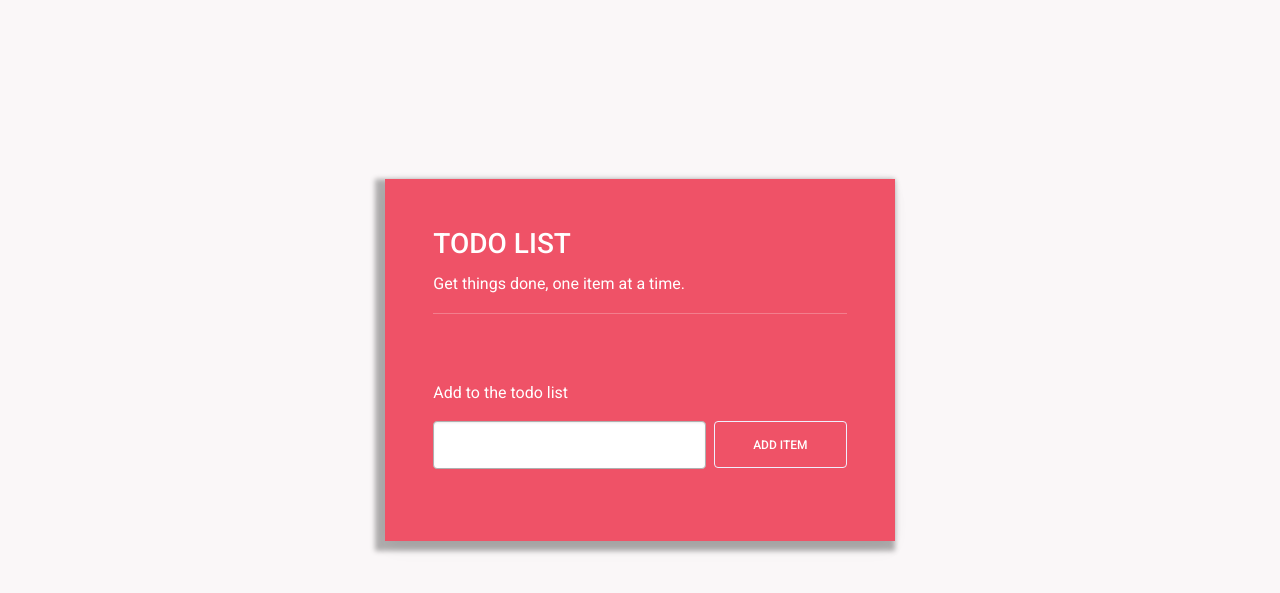
Repository: TinhTT336/MD02_HACKATHON01_HN_JV230620_BS_TranThiTinh_Basic
Page: /
The author's editor kept a copy of each file at every save. The page is drawn from the files as they stood at one save, then again after the next save.
The browser window is 1280 px wide. The pictures show the whole page.
Some web libraries are served in a nearby version. The project was rebuilt for these pictures with package versions that can differ from the ones it lists, and the page was loaded fresh each time. Also part of the build but not shown: vite.config.js, src/App.css.

Above is the page before, as saved 2023-09-05 11:52:41.

### index.html
<!DOCTYPE html>
<html lang="en">
  <head>
    <meta charset="UTF-8" />
    <link rel="icon" type="image/svg+xml" href="/vite.svg" />
    <meta name="viewport" content="width=device-width, initial-scale=1.0" />
    <title>Vite + React</title>
    <link
      href="https://cdnjs.cloudflare.com/ajax/libs/font-awesome/6.0.0/css/all.min.css"
      rel="stylesheet"
    />
    <link
      href="https://fonts.googleapis.com/css?family=Roboto:300,400,500,700&display=swap"
      rel="stylesheet"
    />
    <link
      href="https://cdnjs.cloudflare.com/ajax/libs/mdb-ui-kit/6.2.0/mdb.min.css"
      rel="stylesheet"
    />
  </head>
  <body>
    <div id="root"></div>
    <script type="module" src="/src/main.jsx"></script>
  </body>
</html>

### src/App.jsx
import { useState } from 'react'
import './App.css'
import TodoList from './TodoList/todoList'

function App() {
  const [count, setCount] = useState(0)

  return (
    <>
      <TodoList />
    </>
  )
}

export default App

### src/index.css
/* :root {
  font-family: Inter, system-ui, Avenir, Helvetica, Arial, sans-serif;
  line-height: 1.5;
  font-weight: 400;

  color-scheme: light dark;
  color: rgba(255, 255, 255, 0.87);
  background-color: #242424;

  font-synthesis: none;
  text-rendering: optimizeLegibility;
  -webkit-font-smoothing: antialiased;
  -moz-osx-font-smoothing: grayscale;
  -webkit-text-size-adjust: 100%;
}

a {
  font-weight: 500;
  color: #646cff;
  text-decoration: inherit;
}
a:hover {
  color: #535bf2;
}

body {
  margin: 0;
  display: flex;
  place-items: center;
  min-width: 320px;
  min-height: 100vh;
}

h1 {
  font-size: 3.2em;
  line-height: 1.1;
}

button {
  border-radius: 8px;
  border: 1px solid transparent;
  padding: 0.6em 1.2em;
  font-size: 1em;
  font-weight: 500;
  font-family: inherit;
  background-color: #1a1a1a;
  cursor: pointer;
  transition: border-color 0.25s;
}
button:hover {
  border-color: #646cff;
}
button:focus,
button:focus-visible {
  outline: 4px auto -webkit-focus-ring-color;
}

@media (prefers-color-scheme: light) {
  :root {
    color: #213547;
    background-color: #ffffff;
  }
  a:hover {
    color: #747bff;
  }
  button {
    background-color: #f9f9f9;
  }
} */
body {
  background-color: #faf7f8 !important;
}
.vh-100 {
  width: 50% !important;
  margin: 0 auto !important;
}
.card-body {
  background-color: #ef5267 !important;
  color: #fff !important;
  box-shadow: -5px 5px 5px 5px rgba(0, 0, 0, 0.3);
}
.form-control {
  background-color: #fff !important;
  padding: 10px !important;
  width: 100% !important;
}
.list-group-item {
  background-color: #e88c987f !important;
  color: #fff !important;
}
.fas,
.form-check-input {
  color: #fff !important;
}
.btn-info {
  background-color: #ef5267 !important;
  border: 1px solid #efeffe !important;
  width: 45% !important;
  box-shadow: none !important;
  padding: 13.6px !important;
}

### src/TodoList/todoList.jsx
import React, { useRef, useState } from 'react'

export default function TodoList() {
    const [input, setInput] = useState("");
    const [todos, setTodos] = useState(() => {
        const list = JSON.parse(localStorage.getItem("todos")) || [];
        return list;
    });
    const inputRef = useRef();
    const [idEdit, setIdEdit] = useState(null);
    // ham them submit
    const handleSubmit = (e) => {
        e.preventDefault();
        if (input !== "") {
            const newTodo = {
                id: Date.now(),
                title: input,
                status: false,
            }
            const newList = [...todos, newTodo];
            setTodos(newList);
            localStorage.setItem("todos", JSON.stringify(newList));
            setInput("");
            inputRef.current.focus();
        }
        if (idEdit) {
            const editTodo = todos.find(t => t.id === idEdit);
            const newList = todos.map(t => t.id === editTodo.id ? (t = { ...t, title: input }) : (t = { ...t }));
            setTodos(newList);
            localStorage.setItem("todos", JSON.stringify(newList));
            inputRef.current.focus();
            setIdEdit(null);
            return;
        }

    }
    // ham xoa
    const handleDelete = (id) => {
        const newList = todos.filter(t => t.id !== id);
        setTodos(newList);
        localStorage.setItem("todos", JSON.stringify(newList));
        inputRef.current.focus();
    }
    // ham sua
    const handleEdit = (id) => {
        const todoEdit = todos.find(t => t.id === id);
        setInput(todoEdit.title);
        setIdEdit(id);
        inputRef.current.focus();
    }
    // ham check
    const handleCheck = (id) => {
        const newList = todos.map(t => t.id === id ? (t = { ...t, status: !t.status }) : (t = { ...t }));
        setTodos(newList);
        localStorage.setItem("todos", JSON.stringify(newList));
        inputRef.current.focus();
    }
    return (
        <div>
            <section className="vh-100 gradient-custom">
                <div className="container py-5 h-100">
                    <div
                        className="row d-flex justify-content-center align-items-center
              h-100"
                    >
                        <div className="col col-xl-10">
                            <div className="card">
                                <div className="card-body p-5">
                                    <h3 style={{ marginBottom: 10 }}>
                                        TODO LIST
                                    </h3>
                                    <p>Get things done, one item at a time.</p>
                                    <hr></hr>
                                    {/* Tabs content */}
                                    <div className="tab-content">
                                        <div className="tab-pane fade show active">
                                            <ul className="list-group mb-0">
                                                {todos.map(t => (
                                                    <li key={t.id}
                                                        className="list-group-item d-flex
                                          align-items-center border-0 mb-2
                                          rounded justify-content-between"
                                                        style={{ backgroundColor: "#f4f6f7" }}
                                                    >
                                                        {t.status === true ? (<s>{t.title}</s>) : (<span>{t.title}</span>)}
                                                        <div>
                                                            <input
                                                                className="form-check-input me-2"
                                                                type="checkbox" checked={t.status === true} onChange={() => handleCheck(t.id)}
                                                            />
                                                            <a className="text-info" title="Sửa công việc" onClick={() => handleEdit(t.id)}>
                                                                <i
                                                                    className="fas
                                                      fa-pencil-alt
                                                      me-3"
                                                                />
                                                            </a>
                                                            <a onClick={() => handleDelete(t.id)}
                                                                className="text-danger"
                                                                title="Xóa công việc"
                                                            >
                                                                <i
                                                                    className="fas
                                                      fa-trash-alt"
                                                                />
                                                            </a>
                                                        </div>
                                                    </li>
                                                ))}
                                            </ul>
                                            <div className="tab-content">
                                                <p style={{ marginTop: 50 }}>Add to the todo list</p>
                                                <form onSubmit={handleSubmit}
                                                    className="d-flex justify-content-center
                              align-items-center mb-4"
                                                >
                                                    <div className="form-outline flex-fill">
                                                        <input type="text" id="form2" className="form-control" style={{ border: "1px solid #afafaf" }} value={input} onChange={(e) => setInput(e.target.value)} ref={inputRef} />
                                                        {/* <label className="form-label" htmlFor="form2">
                                                            ADD ITEM
                                                        </label> */}
                                                    </div>
                                                    <button
                                                        type="submit"
                                                        className="btn btn-info
                                  ms-2"
                                                    >
                                                        ADD ITEM
                                                    </button>
                                                </form>
                                            </div>
                                        </div>
                                    </div>
                                    {/* Tabs content */}
                                </div>
                            </div>
                        </div>
                    </div>
                </div>
            </section >

        </div >
    )
}

Loaded but not shown: src/main.jsx (common file)

After the next save:
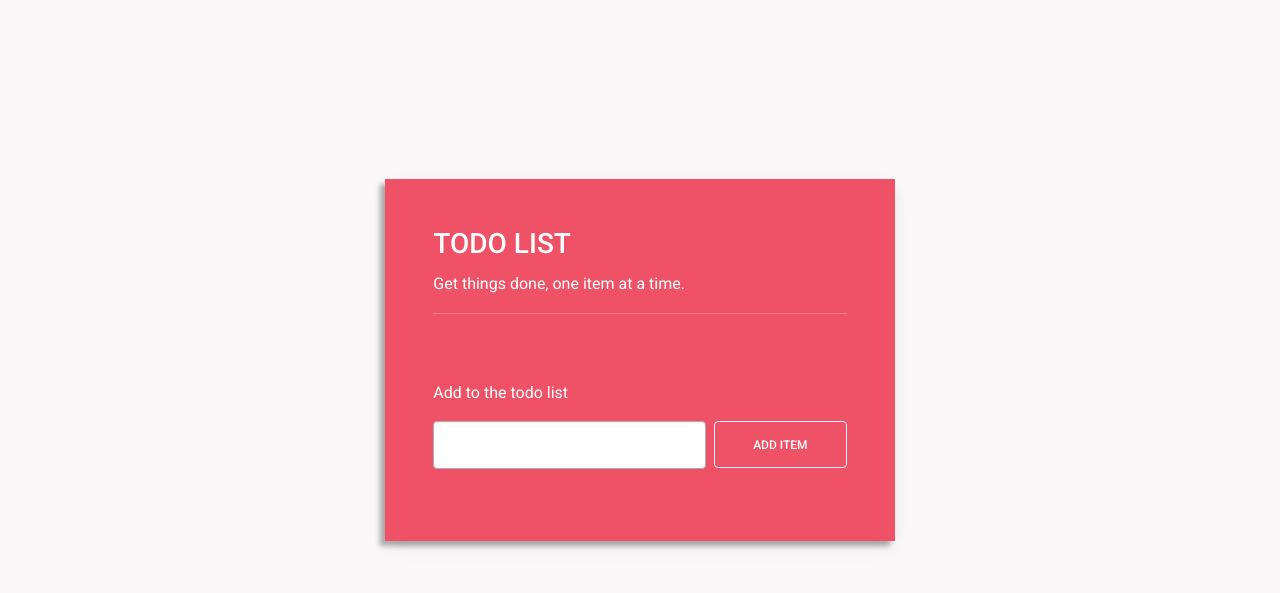
Saved 39 s later.
--- a/src/index.css
+++ b/src/index.css
@@ -77,7 +77,7 @@ body {
 .card-body {
   background-color: #ef5267 !important;
   color: #fff !important;
-  box-shadow: -5px 5px 5px 5px rgba(0, 0, 0, 0.3);
+  box-shadow: -5px 5px 5px rgba(0, 0, 0, 0.3);
 }
 .form-control {
   background-color: #fff !important;
